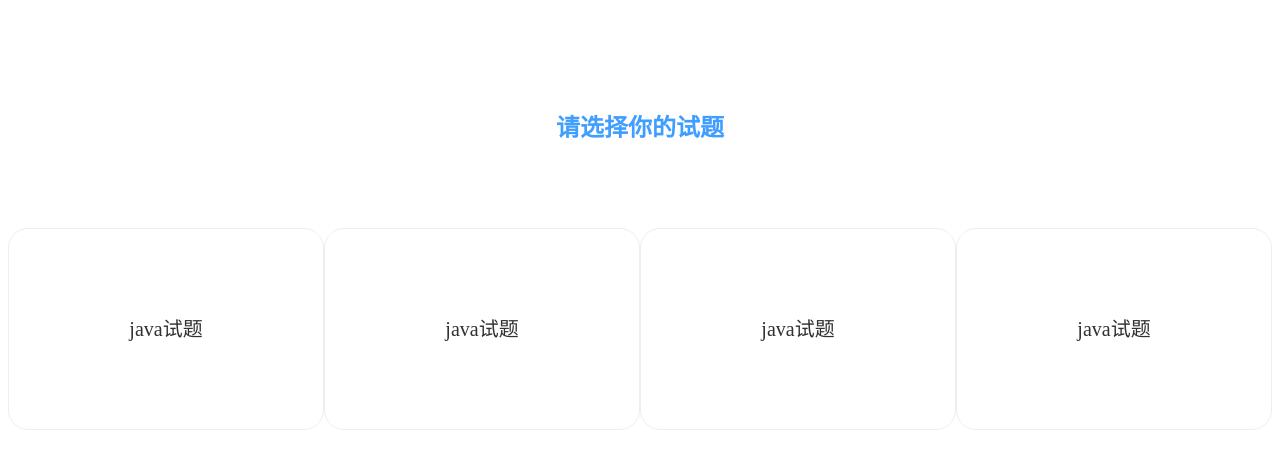
Repository: Fhup/OQP
Page: /home
An editor plug-in stored every save of this project. The page is shown before and after the next save, followed by the edit.
The browser window is 1280 px wide. The pictures show the whole page.
The project was rebuilt for these pictures with package versions that can differ from the ones it lists, and the page was loaded fresh each time.

Above is the page before, as saved 2021-11-28 09:00:40.

After the next save:
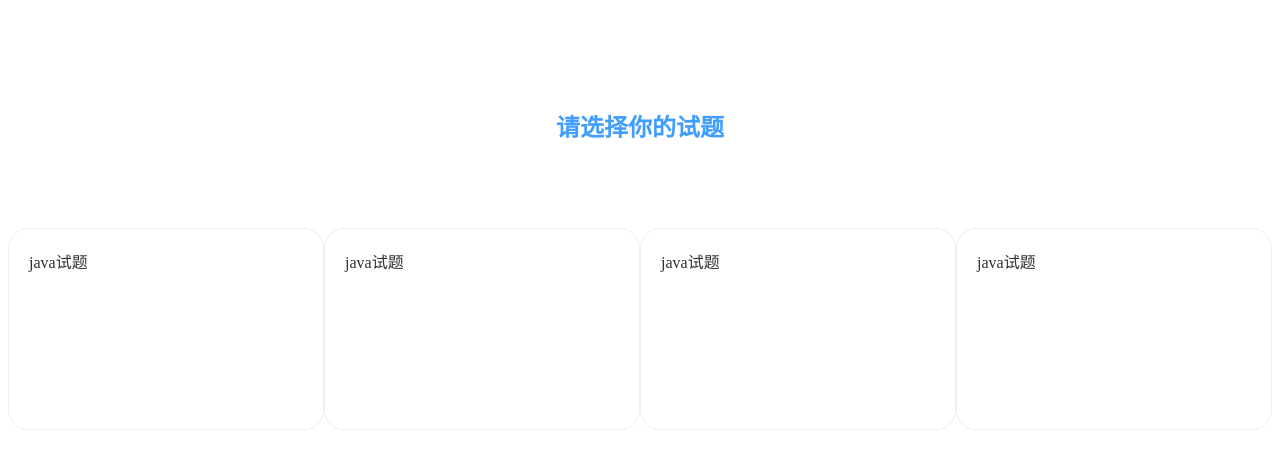
Saved 114 s later.
--- a/src/views/home/childCopms/homeCheckItem.vue
+++ b/src/views/home/childCopms/homeCheckItem.vue
@@ -1,5 +1,5 @@
 <template>
-    <div class="grid-content">
+    <div class="checkitem">
         <el-card shadow="hover" >
           java试题
         </el-card>

After the 2 saves that followed:
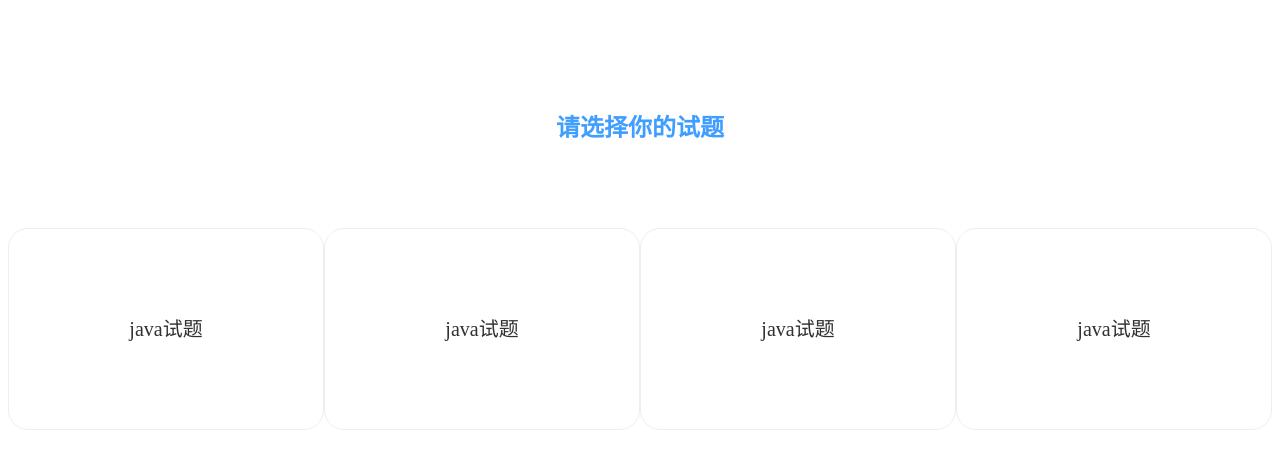
The 2 saves are shown as one change because 1 left the picture as it was.
The last was saved 77 s later.
--- a/src/views/home/childCopms/homeCheck.vue
+++ b/src/views/home/childCopms/homeCheck.vue
@@ -7,7 +7,7 @@
       </el-row>
       <div style="display:flex">
         <el-row v-for="(index,item) in type" :key="index" style="flex:1">
-          <home-check-item/>
+          <home-check-item @click="check(item)"/>
         </el-row>
       </div>
   <el-dialog
--- a/src/views/home/childCopms/homeCheckItem.vue
+++ b/src/views/home/childCopms/homeCheckItem.vue
@@ -1,5 +1,5 @@
 <template>
-    <div class="checkitem">
+    <div class="grid-content">
         <el-card shadow="hover" >
           java试题
         </el-card>
